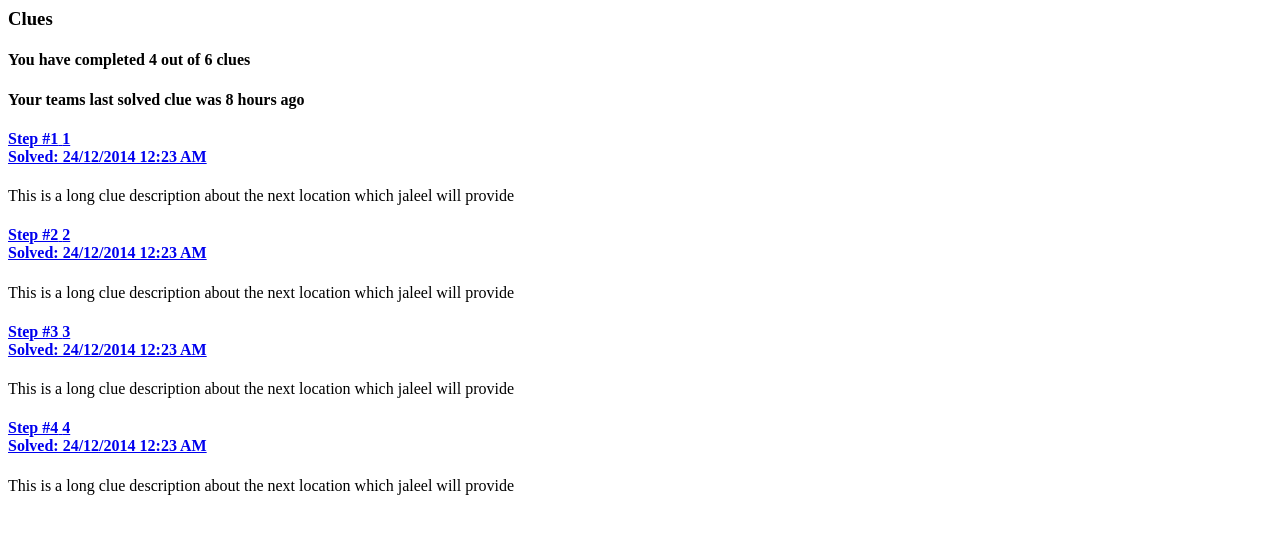
Repository: rahulravindran2709/TreasureHunt
Page: public/partials/clues-content.tmpl.html
The author's editor kept a record of every edit. The page is drawn from the files as they stood at one moment, then again after the next edit.
The browser window is 1280 px wide. The pictures show the whole page.

Above is the page before.

### public/partials/clues-content.tmpl.html
<!--Clues section-->
<div id="clues-content" class="col-xs-12 col-sm-12 col-md-12 col-lg-12">
    <div class="panel panel-warning">
        <div class="panel-heading orange-bg">
            <h3 class="panel-title">Clues</h3> </div>
        <div class="panel-body">
            <div class="row">
                <div class="col-xs-12 col-sm-12 col-md-12 col-lg-12 clues-progress">

                    <h4>You have completed <span class="current-clues">4</span> out of <span class="total-clues">6</span> clues</h4>
                    <h4>Your teams last solved clue was <span class="last-clue-solved-ts">8 hours</span> ago</h4> </div>
            </div>
            <div class="row">
                <div class="col-lg-12 panel-group" id="accordion" role="tablist" aria-multiselectable="true">
                    <div class="panel panel-success">
                        <a data-toggle="collapse" data-parent="#accordion" href="#collapseOne" aria-expanded="true" aria-controls="collapseOne"><div class="panel-heading" role="tab" id="headingOne">
                            <h4 class="panel-title">
                            <div class="row">
                                 <div class="col-xs-1 col-sm-4 col-md-4 col-lg-3">
                                    <span class="hidden-xs">Step #1</span>
                                    <span class="visible-xs-inline">1</span>
                                 </div>
                                 <div class="col-xs-10 col-sm-8 col-md-8 col-lg-offset-4 col-lg-5">
                                   <span class="header-solved-date">Solved: 24/12/2014 12:23 AM</span>
                               </div>
                             </div>
                            </h4>
                             </div>
                         </a>
                        <div id="collapseOne" class="panel-collapse collapse" role="tabpanel" aria-labelledby="headingOne">
                            <div class="panel-body"> This is a long clue description about the next location which jaleel will provide </div>
                        </div>
                    </div>
                    <div class="panel panel-success">
                        <a class="collapsed" data-toggle="collapse" data-parent="#accordion" href="#collapseTwo" aria-expanded="false" aria-controls="collapseTwo">
                            <div class="panel-heading" role="tab" id="headingTwo">
                            <h4 class="panel-title">
                                <div class="row">
                                 <div class="col-xs-1 col-sm-4 col-md-4 col-lg-3">
                                    <span class="hidden-xs">Step #2</span>
                                    <span class="visible-xs-inline">2</span>
                                 </div>
                                 <div class="col-xs-10 col-sm-8 col-md-8 col-lg-offset-4 col-lg-5">
                                   <span class="header-solved-date">Solved: 24/12/2014 12:23 AM</span>
                               </div>
                             </div>
                            </h4>
                       </div></a>
                        <div id="collapseTwo" class="panel-collapse collapse" role="tabpanel" aria-labelledby="headingTwo">
                            <div class="panel-body"> This is a long clue description about the next location which jaleel will provide </div>
                        </div>
                    </div>
                    <div class="panel panel-success">
                        <div class="panel-heading" role="tab" id="headingThree">
                            <a class="collapsed" data-toggle="collapse" data-parent="#accordion" href="#collapseThree" aria-expanded="false" aria-controls="collapseTwo">
                                <h4 class="panel-title">
                                   <div class="row">
                                 <div class="col-xs-1 col-sm-4 col-md-4 col-lg-3">
                                    <span class="hidden-xs">Step #3</span>
                                    <span class="visible-xs-inline">3</span>
                                 </div>
                                 <div class="col-xs-10 col-sm-8 col-md-8 col-lg-offset-4 col-lg-5">
                                   <span class="header-solved-date">Solved: 24/12/2014 12:23 AM</span>
                               </div>
                             </div>
                                </h4>
                            </a>
                        </div>

                        <div id="collapseThree" class="panel-collapse collapse" role="tabpanel" aria-labelledby="headingThree">
                            <div class="panel-body"> This is a long clue description about the next location which jaleel will provide </div>
                        </div>
                    </div>
                    <div class="panel panel-success">
                        <div class="panel-heading" role="tab" id="headingFour">
                            <a class="collapsed" data-toggle="collapse" data-parent="#accordion" href="#collapseFour" aria-expanded="false" aria-controls="collapseTwo">
                                <h4 class="panel-title">
                                    <div class="row">
                                 <div class="col-xs-1 col-sm-4 col-md-4 col-lg-3">
                                    <span class="hidden-xs">Step #4</span>
                                    <span class="visible-xs-inline">4</span>
                                 </div>
                                 <div class="col-xs-10 col-sm-8 col-md-8 col-lg-offset-4 col-lg-5">
                                   <span class="header-solved-date">Solved: 24/12/2014 12:23 AM</span>
                               </div>
                             </div>
                                </h4>
                            </a>
                        </div>
                        <div id="collapseFour" class="panel-collapse collapse" role="tabpanel" aria-labelledby="headingFour">
                            <div class="panel-body"> This is a long clue description about the next location which jaleel will provide </div>
                        </div>
                    </div>
                </div>
            </div>
        </div>
    </div>
</div>
<!--Clues section end-->

After the next edit:
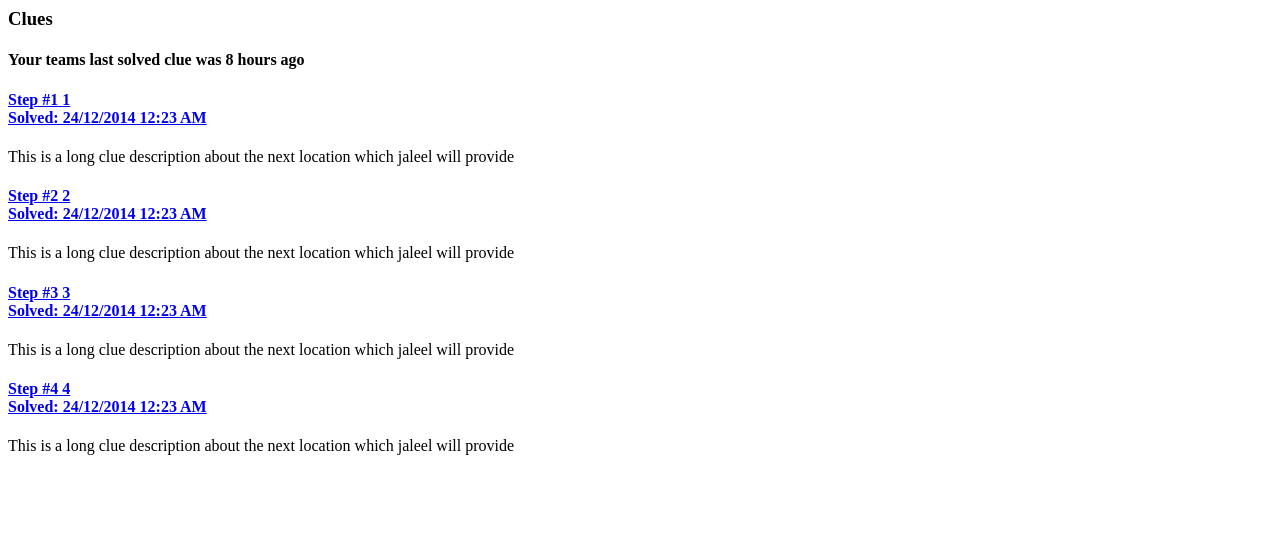
The edit:
--- a/public/partials/clues-content.tmpl.html
+++ b/public/partials/clues-content.tmpl.html
@@ -6,8 +6,6 @@
         <div class="panel-body">
             <div class="row">
                 <div class="col-xs-12 col-sm-12 col-md-12 col-lg-12 clues-progress">
-
-                    <h4>You have completed <span class="current-clues">4</span> out of <span class="total-clues">6</span> clues</h4>
                     <h4>Your teams last solved clue was <span class="last-clue-solved-ts">8 hours</span> ago</h4> </div>
             </div>
             <div class="row">
